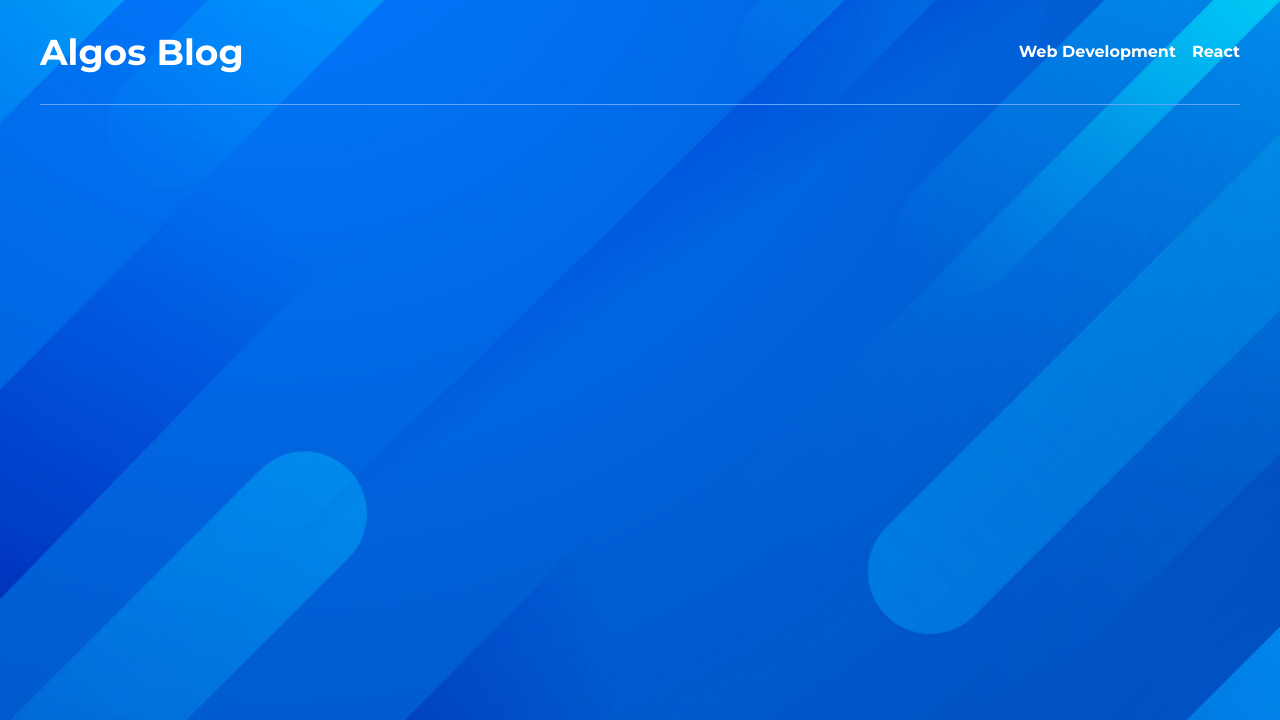
Repository: AlgoHussle/algo-blog
Page: /
An editor plug-in stored every save of this project. The page is shown before and after the next save, followed by the edit.
The browser window is 1280 px wide. The pictures show the whole page.
The project was rebuilt for these pictures with package versions that can differ from the ones it lists, and the page was loaded fresh each time. The framework's server and built-in components were replaced by stand-ins that run in the browser. Also part of the build but not shown: next.config.js, components/Header.jsx, components/Layout.jsx.

Above is the page before, as saved 2023-05-03 22:32:52.

### pages/_app.js
import React, { useEffect, useState } from "react";
import { Layout } from "../components";
import "../styles/globals.scss";
import "tailwindcss/tailwind.css";


export default function App({ Component, pageProps }) {
  return (
    <layout>
    <Component {...pageProps} />
  </layout>
  );
}

### pages/index.js
import React, {useContext} from 'react';
import Link from 'next/link';

const categories = [{ name: 'React', slug: 'react' }, { name: 'Web Development', slug: 'web-dev'}]

function Header() {
  return (
    <div className='conatiner mx-auto px-10 mb-8'>
      <div className='border-b w-full inline-block border-blue-400 py-8'>
        <div className='md:float-left block'>
          <span className='cursor-pointer font-bold text-4xl text-white'>
            Algos Blog
          </span>
        </div>
        <div className='hidden md:float-left md:contents'>
          {categories.map((category) => (
            <Link key={category.slug} href={`/category/${category.slug}`}>
              <span className='md:float-right mt-2 align-middle text-white ml-4 font-semibold cursor-pointer'>
                {category.name}
              </span>
            </Link>
          ))}
        </div>
      </div>
    </div>
  )
}

export default Header

### components/index.js
export { default as PostCard } from './postCard';
export { default as Categories } from './Categories';
export { default as PostWidget } from './PostWidget';
export { default as Header } from './Header';
export { default as Layout } from './Layout'

### styles/globals.scss
@tailwind base;
@tailwind components;
@tailwind utilities;

@import url('https://fonts.googleapis.com/css2?family=Montserrat:wght@300;400;700&display=swap');

html,
body {
  padding: 0;
  margin: 0;
  font-family: 'Montserrat', sans-serif;
  &:before{
    content:'';
    content: "";
    width: 100%;
    height: 100vh;
    //background: linear-gradient(to right bottom, #6d327c, #485DA6, #00a1ba, #01b18e, #32b37b);
    // background: #D3D3D3;
    background-image: url("../public/bg.jpg");
    position: fixed;
    left: 0;
    top: 0;
    z-index: -1;
    background-position: 50% 50%;
    background-repeat: no-repeat;
    background-size: cover;
  }
}

.text-shadow{
  text-shadow: 0px 2px 0px rgb(0 0 0 / 30%);
}

.adjacent-post{
  & .arrow-btn{
    transition: width 300ms ease;
    width: 50px;
  }
  &:hover{
    & .arrow-btn{
      width: 60px;
    }
  }
}

.react-multi-carousel-list {
  & .arrow-btn{
    transition: width 300ms ease;
    width: 50px;
    &:hover{
      width: 60px;
    }
  }

}

a {
  color: inherit;
  text-decoration: none;
}

* {
  box-sizing: border-box;
}

### components/postCard.jsx
import React from 'react'

const postCard = ({ post }) => {
  return (
    <div>
        <h3>{post.title}</h3>
        <p>{post.excerpt}</p>
    </div>
  )
}

export default postCard

Loaded but not shown: pages/_document.js (common file); tailwind.config.js (common file); components/Categories.jsx (common file); components/PostWidget.jsx (common file)

After the next save:
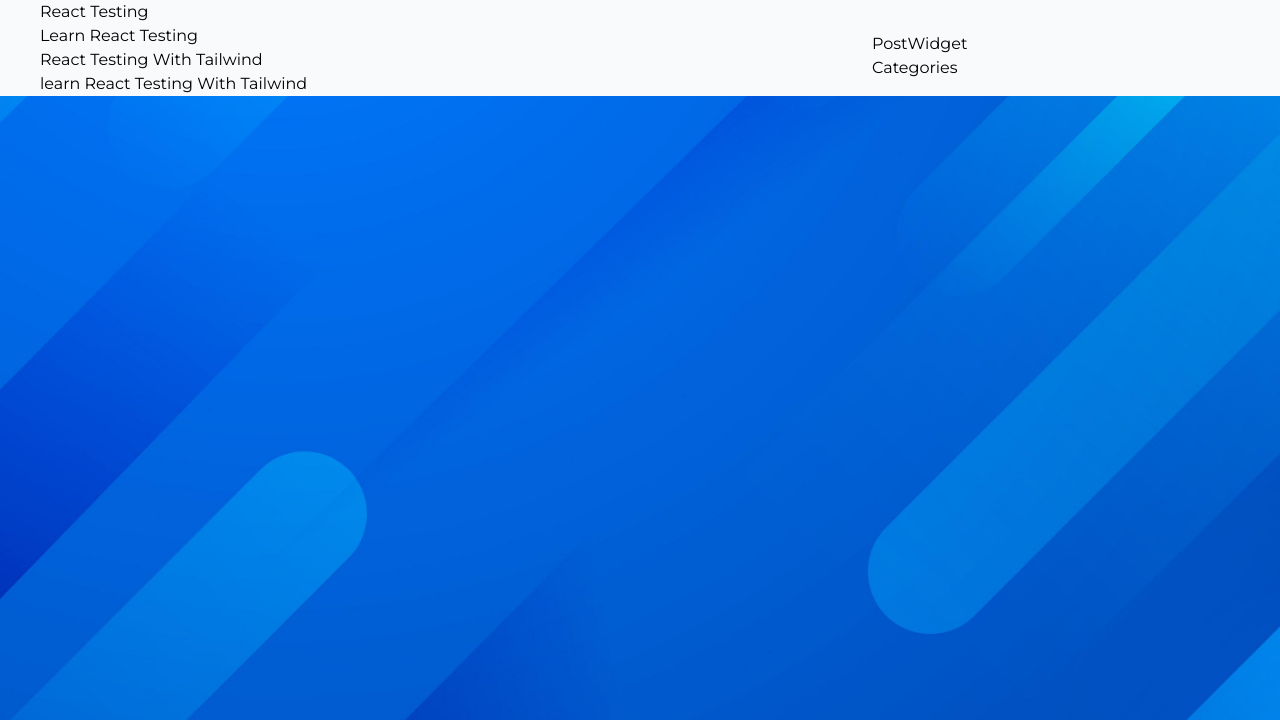
Saved 107 s later.
--- a/pages/index.js
+++ b/pages/index.js
@@ -1,29 +1,31 @@
-import React, {useContext} from 'react';
-import Link from 'next/link';
 
-const categories = [{ name: 'React', slug: 'react' }, { name: 'Web Development', slug: 'web-dev'}]
+import Head from 'next/head'
+import { PostCard, Categories, PostWidget, Header } from '@/components';
 
-function Header() {
+const posts = [
+  { title: 'React Testing', excerpt: 'Learn React Testing'},
+  { title: 'React Testing With Tailwind', excerpt: 'learn React Testing With Tailwind'},
+];
+
+export default function Home() {
   return (
-    <div className='conatiner mx-auto px-10 mb-8'>
-      <div className='border-b w-full inline-block border-blue-400 py-8'>
-        <div className='md:float-left block'>
-          <span className='cursor-pointer font-bold text-4xl text-white'>
-            Algos Blog
-          </span>
+    <div className='container mx-auto px-10 mb-8 bg-gray-50'>
+      <Head>
+        <title>CMS Blog</title>
+        <link rel="icon" href="/favicon.ico" />
+      </Head>
+      <div className='grid grid-cols-1 lg:grid-cols-12 gap-12'>
+        <div className='lg:col-span-8 col-span-1'>
+        {posts.map((post) => (<PostCard key={post.title} post={post}  />))}
         </div>
-        <div className='hidden md:float-left md:contents'>
-          {categories.map((category) => (
-            <Link key={category.slug} href={`/category/${category.slug}`}>
-              <span className='md:float-right mt-2 align-middle text-white ml-4 font-semibold cursor-pointer'>
-                {category.name}
-              </span>
-            </Link>
-          ))}
+      <div className='lg:col-span-4 col-span-1'>
+        <div className='lg:sticky relative top-8'>
+          <PostWidget />
+          <Categories />
         </div>
       </div>
-    </div>
+      </div>
+
+      </div>
   )
 }
-
-export default Header
